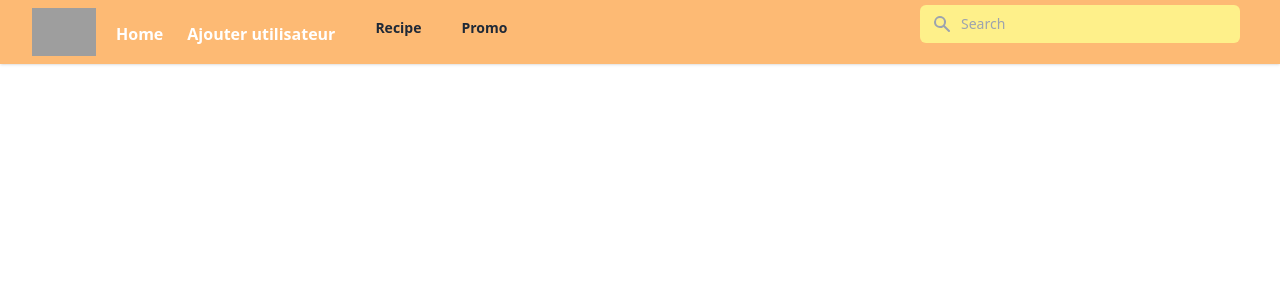
Repository: Marcos-MEDENOU/eclipse-workspace
Page: http://localhost/user_managment/
An editor plug-in stored every save of this project. The page is shown before and after the next save, followed by the edit.
The browser window is 1280 px wide. The pictures show the whole page.
Pictures or frames that could not be fetched are drawn as grey boxes. Some web libraries are served in a nearby version. The page is served by Tomcat 9. Other server files are loaded and not shown.

Above is the page before, as saved 2023-03-22 15:33:19.

### user_managment/src/main/webapp/index.jsp
<html>
<body>
<script src="//unpkg.com/alpinejs" defer></script>
<nav
class="z-0 relative"
x-data="{open:false,menu:false, lokasi:false}">
  <div class="relative z-10 bg-orange-300 shadow">
    <div class="max-w-7xl mx-auto px-2 sm:px-4 lg:px-8">
      <div class="relative flex items-center justify-between h-16">
        <div class="flex items-center px-2 lg:px-0">
          <a class="flex-shrink-0" href="#">
            <img class="block lg:hidden h-12 w-16" src="https://imlovefood.com/wp-content/themes/mypanganthema/img/logo_small.png" alt="Logo">
            <img class="hidden lg:block h-12 w-auto" src="https://imlovefood.com/wp-content/themes/mypanganthema/img/logo_small_gray.png" alt="Logo">
          </a>
          <div class="hidden lg:block lg:ml-2">
            <div class="flex">
             <a href="#" class="mt-1 block px-3 py-2 rounded-md text-white font-semibold font-medium hover:bg-yellow-500 focus:outline-none focus:text-white focus:bg-gray-700 transition duration-150 ease-in-out">Home </a>
        <a href="#" class="mt-1 block px-3 py-2 rounded-md text-white font-semibold font-medium hover:bg-yellow-500 focus:outline-none focus:text-white focus:bg-gray-700 transition duration-150 ease-in-out">Ajouter utilisateur </a>
              <a href="#" class="ml-4 px-3 py-2 rounded-md text-sm leading-5 font-medium text-gray-800 font-semibold hover:bg-yellow-500 hover:text-white transition duration-150 ease-in-out cursor-pointer focus:outline-none focus:text-white focus:bg-gray-700 "> Recipe </a>
              <a href="#" class="ml-4 px-3 py-2 rounded-md text-sm leading-5 font-medium text-gray-800 font-semibold hover:bg-yellow-500 hover:text-white transition duration-150 ease-in-out cursor-pointer focus:outline-none focus:text-white focus:bg-gray-700 "> Promo </a>
            </div>
          </div>
        </div>
        <div class="flex-1 flex justify-center px-2 lg:ml-6 lg:justify-end">
          <div class="max-w-lg w-full lg:max-w-xs">
            <label for="search" class="sr-only">Search </label>
            <form methode="get" action="#" class="relative z-50">
              <button type="submit" id="searchsubmit" class="absolute inset-y-0 left-0 pl-3 flex items-center pointer-events-none">
                <svg class="h-5 w-5 text-gray-400" fill="currentColor" viewBox="0 0 20 20">
                  <path fill-rule="evenodd" d="M8 4a4 4 0 100 8 4 4 0 000-8zM2 8a6 6 0 1110.89 3.476l4.817 4.817a1 1 0 01-1.414 1.414l-4.816-4.816A6 6 0 012 8z" clip-rule="evenodd"></path>
                </svg>
              </button>
              <input type="text" name="s" id="s" class="block w-full pl-10 pr-3 py-2 border border-transparent rounded-md leading-5 bg-yellow-200 text-gray-300 placeholder-gray-400 focus:outline-none focus:bg-white focus:text-gray-900 sm:text-sm transition duration-150 ease-in-out" placeholder="Search">
            </form>
          </div>
        </div>
        <div class="flex lg:hidden">
          <button @click="menu=!menu" class="inline-flex items-center justify-center p-2 rounded-md text-gray-400 hover:text-white hover:bg-gray-700 focus:outline-none focus:bg-gray-700 focus:text-white transition duration-150 ease-in-out" aria-label="Main menu" aria-expanded="false">
            <svg class="block h-6 w-6" xmlns="http://www.w3.org/2000/svg" fill="none" viewBox="0 0 24 24" stroke="currentColor">
              <path stroke-linecap="round" stroke-linejoin="round" stroke-width="2" d="M4 6h16M4 12h16M4 18h16"></path>
            </svg>
            <svg class="hidden h-6 w-6" xmlns="http://www.w3.org/2000/svg" fill="none" viewBox="0 0 24 24" stroke="currentColor">
              <path stroke-linecap="round" stroke-linejoin="round" stroke-width="2" d="M6 18L18 6M6 6l12 12"></path>
            </svg>
          </button>
        </div>
      </div>
    </div>
    <div x-show="menu" class="block md:hidden">
      <div class="px-2 pt-2 pb-3">
        <a href="#" class="mt-1 block px-3 py-2 rounded-md text-white font-semibold font-medium hover:bg-yellow-500 focus:outline-none focus:text-white focus:bg-gray-700 transition duration-150 ease-in-out">Home </a>
        <a href="#" class="mt-1 block px-3 py-2 rounded-md text-white font-semibold font-medium hover:bg-yellow-500 focus:outline-none focus:text-white focus:bg-gray-700 transition duration-150 ease-in-out">Ajouter utilisateur </a>
        <a href="#" class="mt-1 block px-3 py-2 rounded-md text-white font-semibold font-medium hover:bg-yellow-500 focus:outline-none focus:text-white focus:bg-gray-700 transition duration-150 ease-in-out"> </a>
        <a href="#" class="mt-1 block px-3 py-2 rounded-md text-white font-semibold font-medium hover:bg-yellow-500 focus:outline-none focus:text-white focus:bg-gray-700 transition duration-150 ease-in-out">Promo </a>
      </div>
    </div>
  </div>
</nav>
<script src="https://cdn.tailwindcss.com"></script>
</body>
</html>

After the next save:
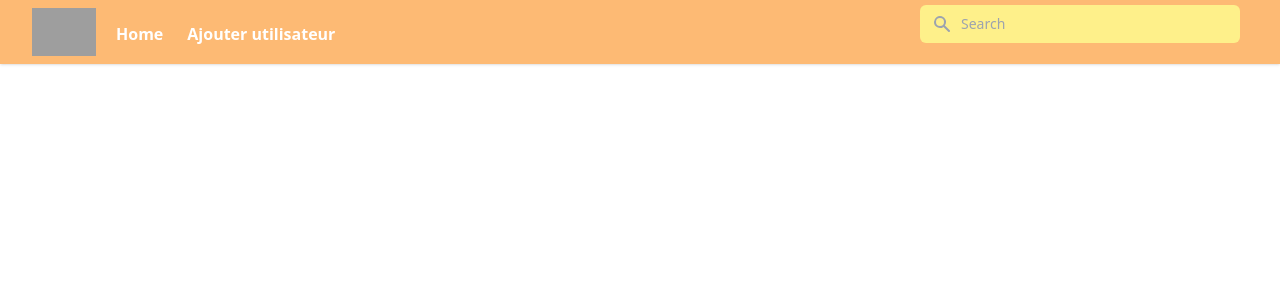
Saved 15 s later.
--- a/user_managment/src/main/webapp/index.jsp
+++ b/user_managment/src/main/webapp/index.jsp
@@ -16,8 +16,7 @@ x-data="{open:false,menu:false, lokasi:false}">
             <div class="flex">
              <a href="#" class="mt-1 block px-3 py-2 rounded-md text-white font-semibold font-medium hover:bg-yellow-500 focus:outline-none focus:text-white focus:bg-gray-700 transition duration-150 ease-in-out">Home </a>
         <a href="#" class="mt-1 block px-3 py-2 rounded-md text-white font-semibold font-medium hover:bg-yellow-500 focus:outline-none focus:text-white focus:bg-gray-700 transition duration-150 ease-in-out">Ajouter utilisateur </a>
-              <a href="#" class="ml-4 px-3 py-2 rounded-md text-sm leading-5 font-medium text-gray-800 font-semibold hover:bg-yellow-500 hover:text-white transition duration-150 ease-in-out cursor-pointer focus:outline-none focus:text-white focus:bg-gray-700 "> Recipe </a>
-              <a href="#" class="ml-4 px-3 py-2 rounded-md text-sm leading-5 font-medium text-gray-800 font-semibold hover:bg-yellow-500 hover:text-white transition duration-150 ease-in-out cursor-pointer focus:outline-none focus:text-white focus:bg-gray-700 "> Promo </a>
+
             </div>
           </div>
         </div>
